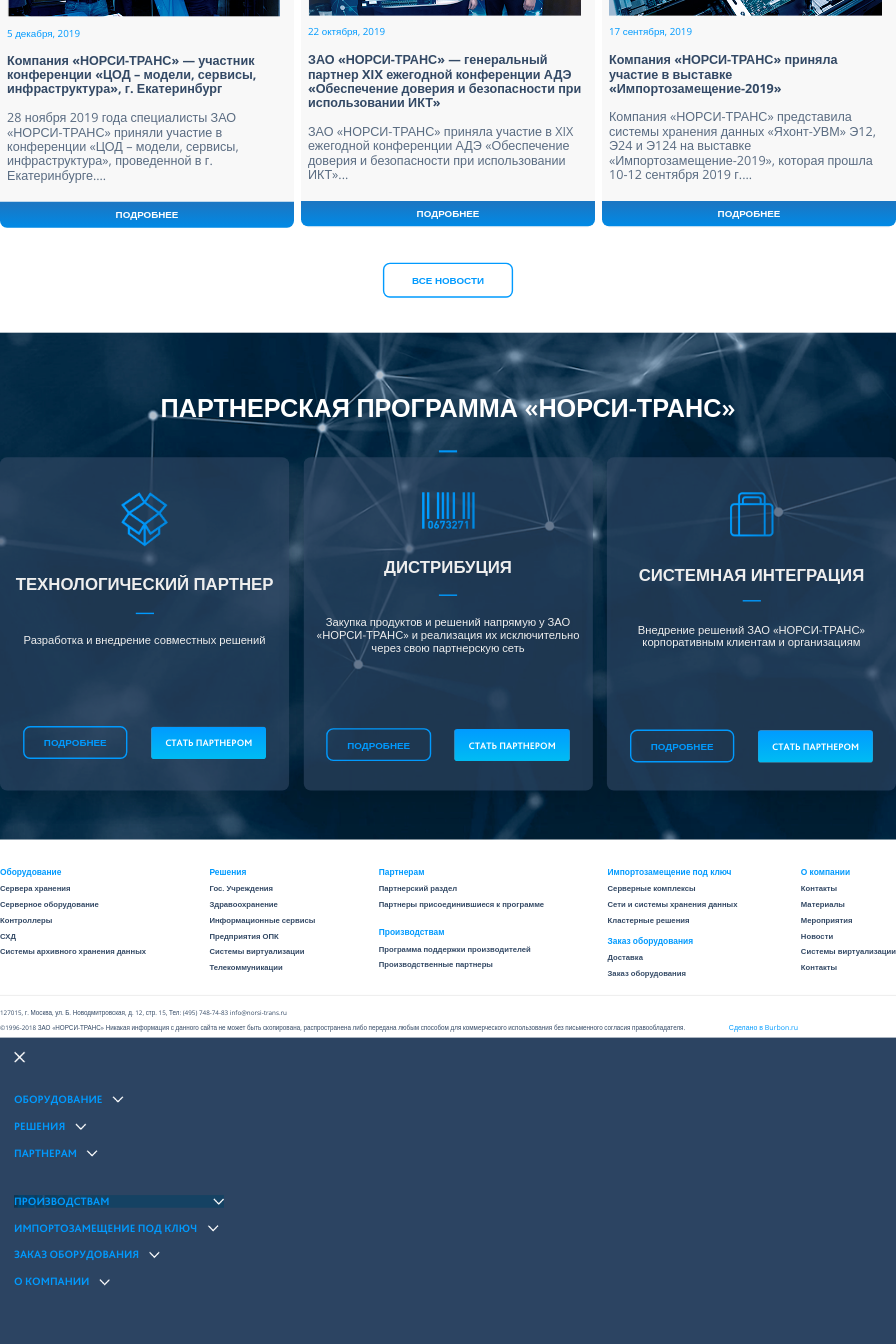
Repository: frostnn/testTaskBurbon
Page: app/index.html
These files come from the project's save history. The page is drawn as it stood at one moment and after the next save; the edit follows.
The browser window is 1280 px wide. The pictures show the part of the page from y = 1866 to 3786 px (the page is 3786 px tall before and 3756 px after), at 70% of full size.
The style sheet was rebuilt from its Sass, Less or Tailwind sources for each picture, by a compiler version that may differ from the author's.

Above is the page before, as saved 2020-07-17 10:07:48.

### app/index.html
<!DOCTYPE html>
<html lang="en">
<head>
  <meta charset="UTF-8">
  <meta name="viewport" content="width=device-width, initial-scale=1.0">
  <meta http-equiv="X-UA-Compatible" content="ie=edge">
  <link rel="stylesheet" href="css/style.min.css">
  <title>Test task</title>
</head>
<body>
  <div class="bg-test">
    <header class="header">
      <div class="mobile-menu">
        <span class="mobile-menu__burger"></span>
      </div>




        <div class="header-logo">
          <img src="./img/NT_logo_color.png" alt="Логотип" class="header-logo__img">
        </div>
        <nav class="header-nav">
          <ul class="header-nav__list">
            <li class="header-nav__list-item">
              <a href="#" class="header-nav__list-link">оборудование</a>
            </li>
            <li class="header-nav__list-item">
              <a href="#" class="header-nav__list-link">решения</a>
            </li>
            <li class="header-nav__list-item">
              <a href="#" class="header-nav__list-link">партнерам</a>
            </li>
            <li class="header-nav__list-item">
              <a href="#" class="header-nav__list-link">производствам</a>
            </li>
            <li class="header-nav__list-item">
              <a href="#" class="header-nav__list-link">импортозамещение под ключ</a>
            </li>
            <li class="header-nav__list-item">
              <a href="#" class="header-nav__list-link">заказ оборудования</a>
            </li>
            <li class="header-nav__list-item">
              <a href="#" class="header-nav__list-link">о компании</a>
            </li>
          </ul>
        </nav>
        <div class="header-search">
          <img src="./img/search.png" alt="Поиск" class="header-search__img">
        </div>
    </header>
    <section class="slider">
      <div class="slider-block">
        <div class="slider-block__content">
          <h1 class="slider-block__content-title">Яхонт-увм э24</h1>
          <p class="slider-block__content-text">
            программно-аппаратный комплекс высокопроизводительной загрузки <br>
            и накопления массивов CDR/IPDR данных, выполнения задач<br>
            по их обработке
          </p>
          <a href="#" class="slider-block__content-link btn">Подробнее</a>
        </div>
        <div class="slider-block__content">
          <h1 class="slider-block__content-title">Яхонт-увм э24</h1>
          <p class="slider-block__content-text">
            программно-аппаратный комплекс высокопроизводительной загрузки <br>
            и накопления массивов CDR/IPDR данных, выполнения задач<br>
            по их обработке
          </p>
        <!--  <img src="./img/VPS.png" alt="" class="slider-block__content-img"> -->
          <a href="#" class="slider-block__content-link btn">Подробнее</a>
        </div>
        <div class="slider-block__content">
          <h1 class="slider-block__content-title">Яхонт-увм э24</h1>
          <p class="slider-block__content-text">
            программно-аппаратный комплекс высокопроизводительной загрузки <br>
            и накопления массивов CDR/IPDR данных, выполнения задач<br>
            по их обработке
          </p>
          <a href="#" class="slider-block__content-link btn">Подробнее</a>
        </div>
      </div>
    </section>
  </div>
  <section class="industries">
    <h2 class="industries-title">Наши отрасли</h2>
    <div class="industries-block">
      <div class="industries-block__content">
        <img src="./img/healths.png" alt="healths" class="industries-block__content-img">
        <h3 class="industries-block__content-title">Здравоохранение</h3>
        <p class="industries-block__content-text">
          Системы хранения данных. Интеграция
          в действующую ИКТ-структуру. Программно-аппаратный комплекс «Яхонт-ЭМК»,
          предназначенный для хранения и ведения медицинских интегрированных архивов
        </p>
        <a href="" class="industries-block__content-link">Подробнее</a>
      </div>
      <div class="industries-block__content">
        <img src="./img/gov.png" alt="government" class="industries-block__content-img">
        <h3 class="industries-block__content-title">Государственный сектор </h3>
        <p class="industries-block__content-text">
          Системы хранения данных. Интеграция в действующую ИКТ-структуру.
          Импортонезависимый программно-аппаратный комплекс систем электронного документооборота
          и аналитической отчетности
        </p>
        <a href="" class="industries-block__content-link">Подробнее</a>
      </div>
      <div class="industries-block__content">
        <img src="./img/telecom.png" alt="telecom" class="industries-block__content-img">
        <h3 class="industries-block__content-title">Телекоммуникации</h3>
        <p class="industries-block__content-text">
          Системы хранения данных. Интеграция в действующую ИКТ-структуру.
          Программно-аппаратный комплекс «Яхонт-ЭМК»,
          предназначенный для хранения и ведения медицинских интегрированных архивов
        </p>
        <a href="" class="industries-block__content-link">Подробнее</a>
      </div>
      <div class="industries-block__content">
        <img src="./img/opk.png" alt="opk" class="industries-block__content-img">
        <h3 class="industries-block__content-title">Предприятия ОПК</h3>
        <p class="industries-block__content-text">
          Системы хранения данных. Интеграция в действующую ИКТ-структуру.
          Импортонезависимый программно-аппаратный комплекс систем электронного документооборота
          и аналитической отчетности
        </p>
        <a href="#" class="industries-block__content-link">Подробнее</a>
      </div>
    </div>
  </section>
  <main class="production">
    <div class="production-wrapper">
      <div class="production-block">
        <h2 class="production-block__title">Производственный комплекс</h2>
        <p class="production-block__text">
          Компания «НОРСИ-ТРАНС» осуществляет свою деятельность в соответствии с Уставом <br>
          и имеет все необходимые лицензии для разработки, производства и реализации технических средств.<br>
          Система менеджмента качества применительно к полному комплексу<br>
          строительно-монтажных услуг на объектах связи и оказанию <br>
          телекоммуникационных услуг компании «НОРСИ-ТРАНС» соответствует <br>
          требованиям ГОСТ Р ИСО 9001-2015 (ИСО 9000:2015) и является максимально клиентоориентированной
        </p>
        <a href="#" class="production-block__link btn">подробнее</a>
      </div>
    </div>
  </main>
  <section class="news">
    <h2 class="news-title">Новости</h2>
      <div class="news-block">
        <div class="news-block__content">
          <img src="./img/news_1.png" alt="news_img" class="news-block__content-img">
          <span class="news-block__content-date">5 декабря, 2019</span>
          <h4 class="news-block__content-title">
            Компания «НОРСИ-ТРАНС» — участник конференции «ЦОД – модели,
            сервисы, инфраструктура», г. Екатеринбург
          </h4>
          <p class="news-block__content-text">
            28 ноября 2019 года специалисты ЗАО «НОРСИ-ТРАНС»
            приняли участие в конференции «ЦОД – модели, сервисы,
            инфраструктура», проведенной в г. Екатеринбурге.…
          </p>
          <a href="#" class="news-block__content-link">Подробнее</a>
        </div>
          <div class="news-block__content">
            <img src="./img/news_2.png" alt="news_img" class="news-block__content-img">
            <span class="news-block__content-date">22 октября, 2019</span>
            <h4 class="news-block__content-title">
              ЗАО «НОРСИ-ТРАНС» — генеральный партнер XIX
              ежегодной конференции АДЭ «Обеспечение доверия
              и безопасности при использовании ИКТ»
            </h4>
            <p class="news-block__content-text">
              ЗАО «НОРСИ-ТРАНС» приняла участие в XIX ежегодной конференции
              АДЭ «Обеспечение доверия и безопасности при использовании ИКТ»...
            </p>
            <a href="#" class="news-block__content-link">Подробнее</a>
          </div>
          <div class="news-block__content">
            <img src="./img/news_3.png" alt="news_img" class="news-block__content-img">
            <span class="news-block__content-date">17 сентября, 2019</span>
            <h4 class="news-block__content-title">
              Компания «НОРСИ-ТРАНС» приняла участие
              в выставке «Импортозамещение-2019»
            </h4>
            <p class="news-block__content-text">
              Компания «НОРСИ-ТРАНС» представила системы хранения данных
              «Яхонт-УВМ» Э12, Э24 и Э124 на выставке «Импортозамещение-2019»,
              которая прошла 10-12 сентября 2019 г.…
            </p>
            <a href="#" class="news-block__content-link">Подробнее</a>
          </div>
      </div>
      <div class="btn-wrapper">
        <button class="news-btn">Все новости</button>
      </div>
  </section>
  <section class="program">
    <div class="program-wrapper">
      <h2 class="program-title">Партнерская программа «НОРСИ-ТРАНС» </h2>
      <div class="program-block__wrapper">
        <div class="program-block">
          <img src="./img/box.png" alt="box" class="program-block__img">
          <h5 class="program-block__title">Технологический партнер</h5>
          <p class="program-block__text">Разработка и внедрение совместных решений </p>
          <div class="program-block__btn">
            <a href="#" class="program-block__btn-link">подробнее</a>
            <button class="program-block__btn-btn btn">стать партнером</button>
          </div>
        </div>
        <div class="program-block">
          <img src="./img/code.png" alt="box" class="program-block__img">
          <h5 class="program-block__title">Дистрибуция</h5>
          <p class="program-block__text">
            Закупка продуктов и решений напрямую у ЗАО «НОРСИ-ТРАНС»
            и реализация их исключительно через свою партнерскую сеть
          </p>
          <div class="program-block__btn">
            <a href="#" class="program-block__btn-link">подробнее</a>
            <button class="program-block__btn-btn btn">стать партнером</button>
          </div>
        </div>
        <div class="program-block">
          <img src="./img/case.png" alt="box" class="program-block__img">
          <h5 class="program-block__title">Системная интеграция</h5>
          <p class="program-block__text">
            Внедрение решений ЗАО «НОРСИ-ТРАНС»
            корпоративным клиентам и организациям
          </p>
          <div class="program-block__btn">
            <a href="#" class="program-block__btn-link">подробнее</a>
            <button class="program-block__btn-btn btn">стать партнером</button>
          </div>
        </div>
      </div>
    </div>
  </section>
  <footer class="footer">
    <div class="footer-nav">
      <div class="equipment-block">
        <ul class="equipment-block__list">
          <li class="equipment-block__list-titlee">Оборудование</li>
          <li class="equipment-block__list-item"> <a href="#" class="equipment-block__item-link"> Сервера хранения</a></li>
          <li class="equipment-block__list-item"> <a href="#" class="equipment-block__item-link">Серверное оборудование</a></li>
          <li class="equipment-block__list-item"> <a href="#" class="equipment-block__item-link"> Контроллеры</a></li>
          <li class="equipment-block__list-item"> <a href="#" class="equipment-block__item-link">СХД</a></li>
          <li class="equipment-block__list-item"> <a href="#" class="equipment-block__item-link">Системы архивного хранения данных</a></li>
        </ul>
      </div>
      <div class="decisions-block">
        <ul class="decisions-block__list">
          <li class="decisions-block__list-title">Решения</li>
          <li class="decisions-block__list-item"> <a href="#" class="decisions-block__item-link"> Гос. Учреждения</a></li>
          <li class="decisions-block__list-item"> <a href="#" class="decisions-block__item-link">Здравоохранение</a></li>
          <li class="decisions-block__list-item"> <a href="#" class="decisions-block__item-link">Информационные сервисы</a></li>
          <li class="decisions-block__list-item"> <a href="#" class="decisions-block__item-link">Предприятия ОПК</a></li>
          <li class="decisions-block__list-item"> <a href="#" class="decisions-block__item-link">Системы виртуализации</a></li>
          <li class="decisions-block__list-item"> <a href="#" class="decisions-block__item-link">Телекоммуникации</a></li>
        </ul>
      </div>
      <div class="partners-block">
        <ul class="partners-block__list">
          <li class="partners-block__list-title">Партнерам</li>
          <li class="partners-block__list-item"> <a href="#" class="partners-block__item-link">Партнерский раздел</a></li>
          <li class="partners-block__list-item"> <a href="#" class="partners-block__item-link">Партнеры присоединившиеся к программе</a></li>
        </ul>
        <ul class="productions-block__list">
          <li class="productions-block__list-title">Производствам</li>
          <li class="productions-block__list-item"> <a href="#" class="productions-block__item-link">Программа поддержки производителей</a></li>
          <li class="productions-block__list-item"> <a href="#" class="productions-block__item-link">Производственные партнеры</a></li>
        </ul>
      </div>
      <div class="import-block">
        <ul class="import-block__list">
          <li class="import-block__list-title">Импортозамещение под ключ</li>
          <li class="import-block__list-item"> <a href="#" class="import-block__item-link"> Серверные комплексы</a></li>
          <li class="import-block__list-item"> <a href="#" class="import-block__item-link">Сети и системы хранения данных</a></li>
          <li class="import-block__list-item"> <a href="#" class="import-block__item-link">Кластерные решения</a></li>
        </ul>
        <ul class="equipment-block__list">
          <li class="equipment-block__list-title">Заказ оборудования</li>
          <li class="equipment-block__list-item"> <a href="#" class="equipment-block__item-link">Доставка</a></li>
          <li class="equipment-block__list-item"> <a href="#" class="equipment-block__item-link">Заказ оборудования</a></li>
        </ul>
      </div>
      <div class="nav-block">
        <ul class="nav-block__list">
          <li class="nav-block__list-title" >О компании</li>
          <li class="nav-block__list-item" > <a href="#" class="nav-block__item-link">Контакты</a></li>
          <li class="nav-block__list-item" > <a href="#" class="nav-block__item-link">Материалы</a></li>
          <li class="nav-block__list-item" > <a href="#" class="nav-block__item-link">Мероприятия</a></li>
          <li class="nav-block__list-item" > <a href="#" class="nav-block__item-link">Новости</a></li>
          <li class="nav-block__list-item" > <a href="#" class="nav-block__item-link">Системы виртуализации</a></li>
          <li class="nav-block__list-item" > <a href="#" class="nav-block__item-link">Контакты</a></li>
        </ul>
      </div>
    </div>
    <div class="subfooter">
      <p class="subfooter-contacts">
        127015, г. Москва, ул. Б. Новодмитровская,
        д. 12, стр. 15, Тел: <a href="tel:(495) 748-74-83" class="subfooter-contacts__link">(495) 748-74-83</a> <a href="mailto:info@norsi-trans.ru" class="subfooter-contacts__link">info@norsi-trans.ru</a>
      </p>
      <p class="subfooter-info">
        ©1996-2018 ЗАО «НОРСИ-ТРАНС» Никакая информация с данного сайта не может быть скопирована,
        распространена либо передана любым способом для коммерческого использования без письменного согласия правообладателя.
        <a href="https://burbon.ru/" class="subfooter-link">Сделано в Burbon.ru</a>
      </p>
    </div>
  </footer>
  <div class="mobile-nav">
    <div class="mobile-nav__close"></div>
    <ul class="mobile-nav_list">
      <li class="mobile-nav_list-title equipment">Оборудование</li>
      <li class="mobile-nav_list-text"><a href="#" class="mobile-nav_item-link">Сервера хранения</a></li>
      <li class="mobile-nav_list-text"><a href="#" class="mobile-nav_item-link">Серверное оборудование</a></li>
      <li class="mobile-nav_list-text"><a href="#" class="mobile-nav_item-link">Контроллеры</a></li>
      <li class="mobile-nav_list-text"><a href="#" class="mobile-nav_item-link">СХД</a></li>
      <li class="mobile-nav_list-text"><a href="#" class="mobile-nav_item-link">Системы архивного хранения данных</a></li>
    </ul>
    <ul class="mobile-nav_list">
      <li class="mobile-nav_list-title decision">Решения</li>
      <li class="mobile-nav_list-text"><a href="#" class="mobile-nav_item-link">Сервера хранения</a></li>
      <li class="mobile-nav_list-text"><a href="#" class="mobile-nav_item-link">Серверное оборудование</a></li>
    </ul>
    <ul class="mobile-nav_list">
      <li class="mobile-nav_list-title partners">Партнерам</li>
      <li class="mobile-nav_list-text"><a href="#" class="mobile-nav_item-link">Сервера хранения</a></li>
      <li class="mobile-nav_list-text"><a href="#" class="mobile-nav_item-link">Серверное оборудование</a></li>
    </ul>
    <ul class="mobile-nav_list">
      <li class="mobile-nav_list-title production">Производствам</li>
      <li class="mobile-nav_list-text"><a href="#" class="mobile-nav_item-link">Сервера хранения</a></li>
      <li class="mobile-nav_list-text"><a href="#" class="mobile-nav_item-link">Серверное оборудование</a></li>
    </ul>
    <ul class="mobile-nav_list">
      <li class="mobile-nav_list-title import">Импортозамещение под ключ</li>
      <li class="mobile-nav_list-text"><a href="#" class="mobile-nav_item-link">Сервера хранения</a></li>
      <li class="mobile-nav_list-text"><a href="#" class="mobile-nav_item-link">Серверное оборудование</a></li>
    </ul>
    <ul class="mobile-nav_list">
      <li class="mobile-nav_list-title order">Заказ оборудования</li>
      <li class="mobile-nav_list-text"><a href="#" class="mobile-nav_item-link">Сервера хранения</a></li>
      <li class="mobile-nav_list-text"><a href="#" class="mobile-nav_item-link">Серверное оборудование</a></li>
    </ul>
    <ul class="mobile-nav_list">
      <li class="mobile-nav_list-title about">О компании</li>
      <li class="mobile-nav_list-text"><a href="#" class="mobile-nav_item-link">Сервера хранения</a></li>
      <li class="mobile-nav_list-text"><a href="#" class="mobile-nav_item-link">Серверное оборудование</a></li>
    </ul>
  </div>
  <script src="https://ajax.googleapis.com/ajax/libs/jquery/3.4.1/jquery.min.js"></script>
  <script src="js/libs.min.js"></script>
  <script src="js/main.js"></script>
</body>
</html>

### app/scss/_vars.scss
$white: #fff;
$blue: #019afe;

### app/scss/_fonts.scss
@import url('https://fonts.googleapis.com/css2?family=Open+Sans:wght@300;400;600;700;800&display=swap');
@font-face {
  font-family: 'Bliss Pro Bold';
  src: url('../fonts/BlissPro-Bold.eot');
  src: url('../fonts/BlissPro-Bold.eot?#iefix') format('embedded-opentype'),
  url('../fonts/BlissPro-Bold.woff') format('woff'),
  url('../fonts/BlissPro-Bold.ttf') format('truetype');
  font-weight: normal;
  font-style: normal;
  }

### app/scss/_global.scss
html {
  box-sizing: border-box;
}
body {
  font-family: 'Open Sans', sans-serif;
}
*,
*::before,
*::after {

  box-sizing: inherit;
}
a {
  display: inline;
  text-decoration: none;
  color: #fff;
}
ul,
li {
  list-style: none;
  margin: 0;
  padding: 0;
}

Loaded but not shown: app/js/libs.min.js (library); app/js/main.js (5 lines, source omitted); app/scss/_media.scss (762 lines, source omitted); app/scss/style.scss (567 lines, source omitted); app/scss/_libs.scss (469 lines, source omitted)

After the next save:
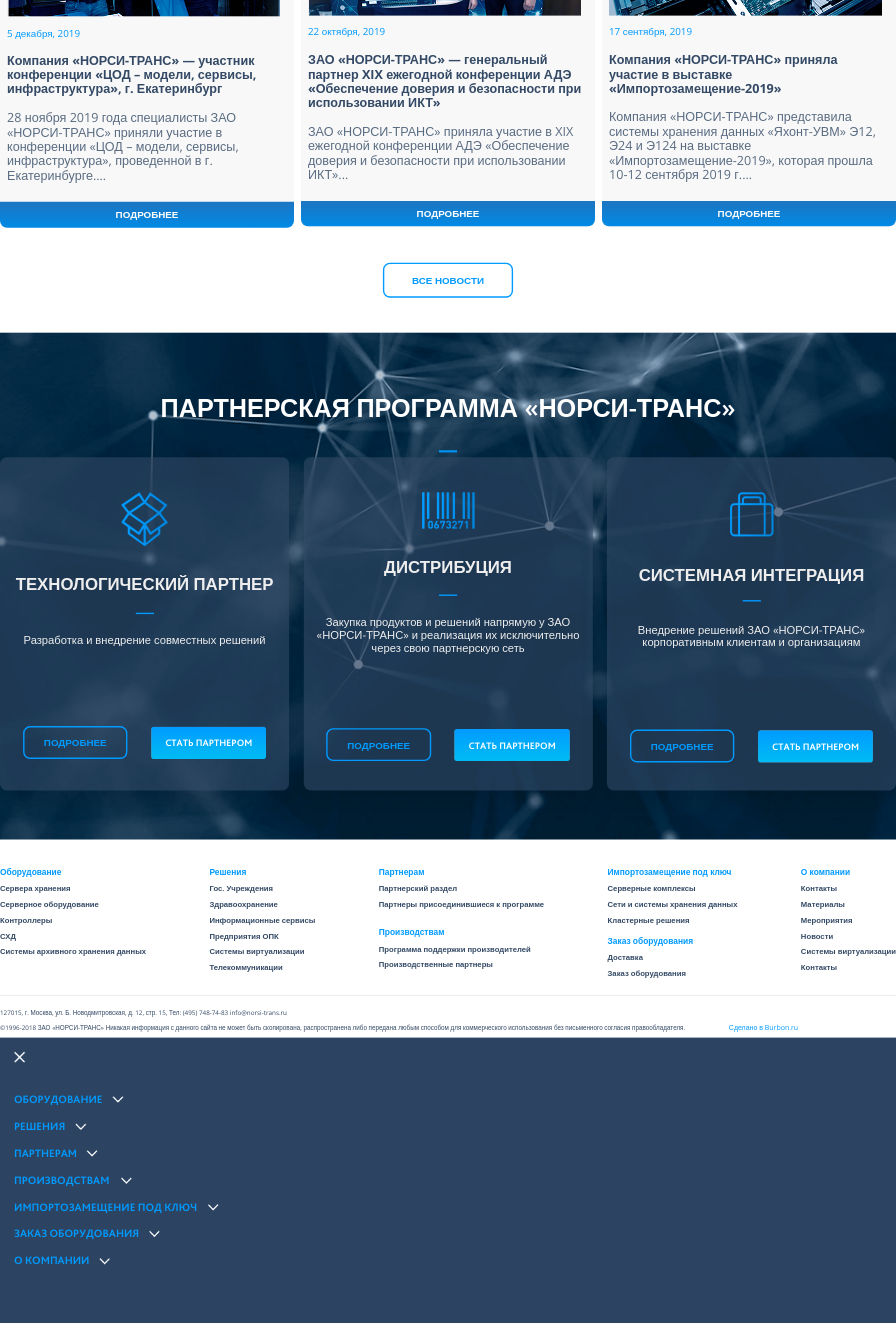
Saved 5 s later.
--- a/app/index.html
+++ b/app/index.html
@@ -326,7 +326,7 @@
       <li class="mobile-nav_list-text"><a href="#" class="mobile-nav_item-link">Серверное оборудование</a></li>
     </ul>
     <ul class="mobile-nav_list">
-      <li class="mobile-nav_list-title production">Производствам</li>
+      <li class="mobile-nav_list-title productions">Производствам</li>
       <li class="mobile-nav_list-text"><a href="#" class="mobile-nav_item-link">Сервера хранения</a></li>
       <li class="mobile-nav_list-text"><a href="#" class="mobile-nav_item-link">Серверное оборудование</a></li>
     </ul>
